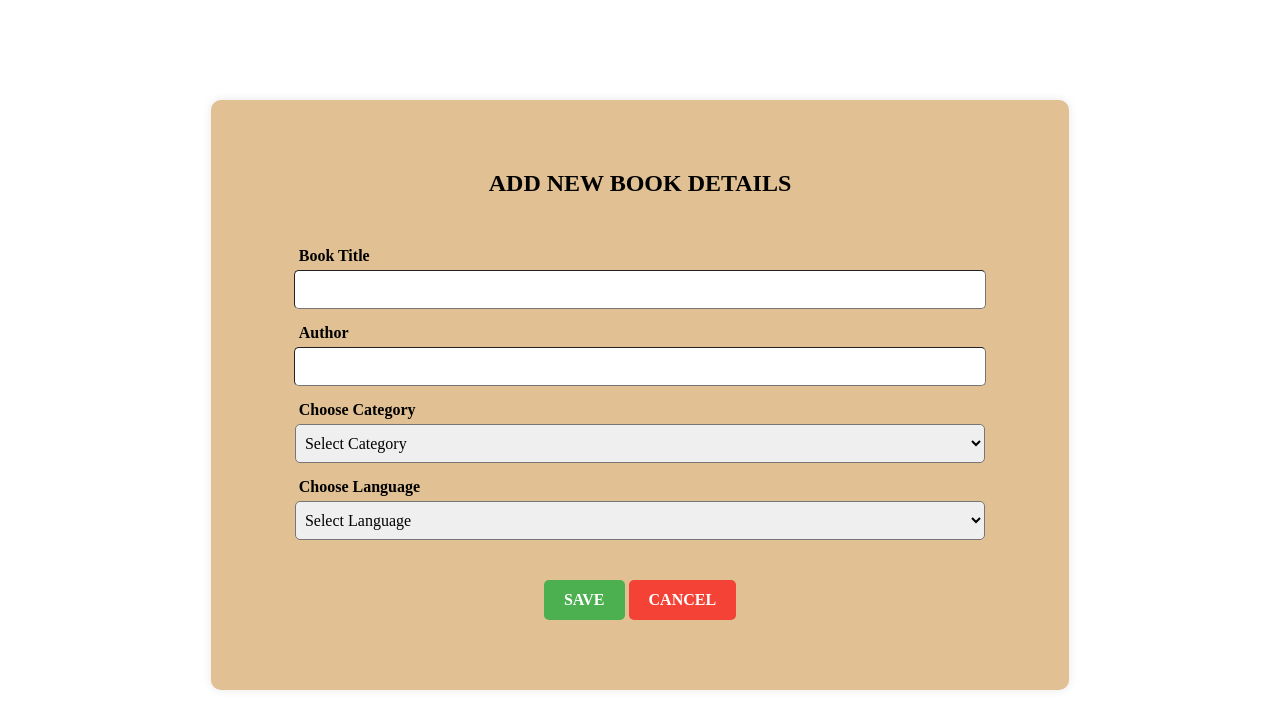
Repository: devikrishna908/RURAL-LIBRARY-MANAGEMENT
Page: http://localhost/library-management/WEB-INF/jsp/add-book.jsp
An editor plug-in stored every save of this project. The page is shown before and after the next save, followed by the edit.
The browser window is 1280 px wide. The pictures show the whole page.
The page is served by Tomcat 9. Nobody is signed in. The template is opened directly, without the code that normally fills it, so the values that code supplies are empty.

Above is the page before, as saved 2024-05-24 06:04:45.

After the next save:
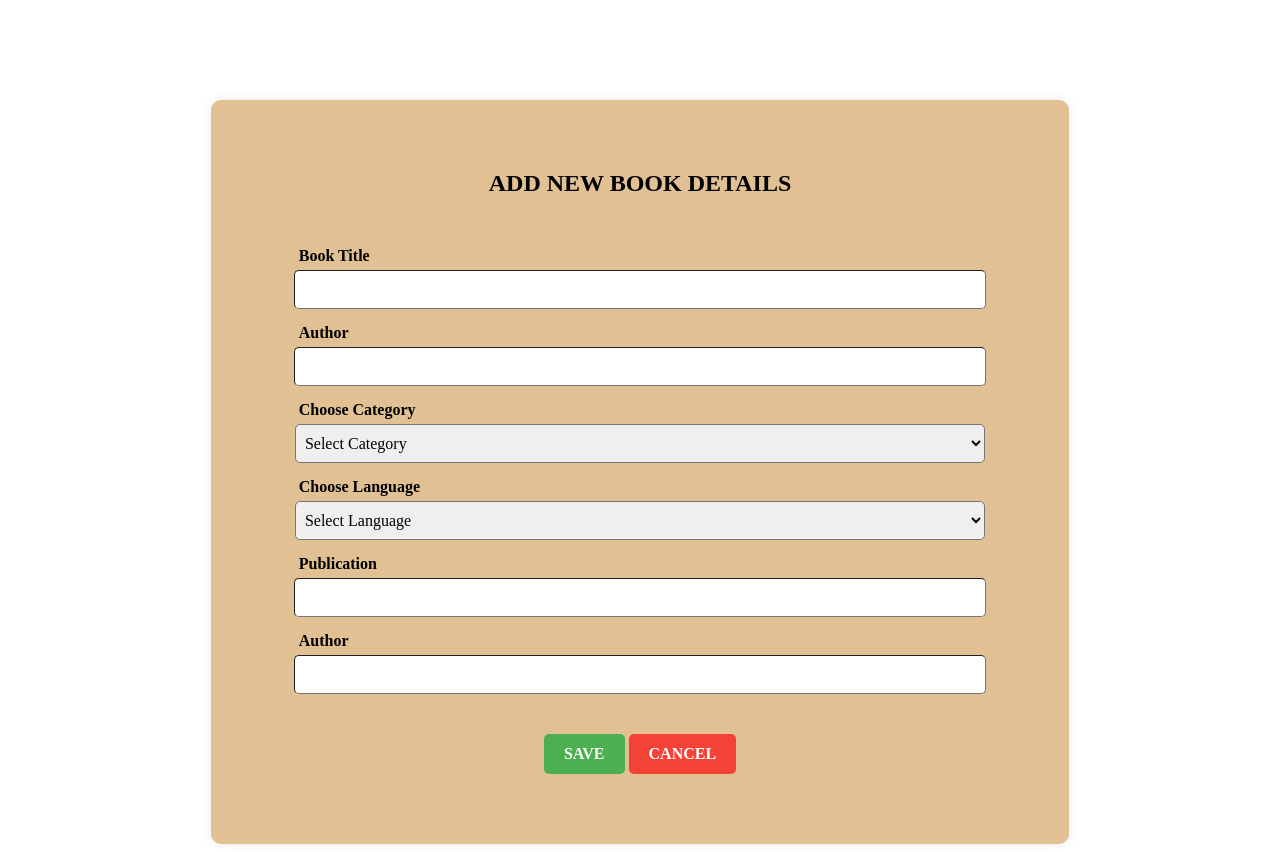
Saved 94 s later.
--- a/library-management/src/main/webapp/WEB-INF/jsp/add-book.jsp
+++ b/library-management/src/main/webapp/WEB-INF/jsp/add-book.jsp
@@ -49,6 +49,12 @@
 					<option value="HINDI">HINDI</option>
 				</select>
 
+		        <label for="publication">Publication</label>
+    		    <input type="text" id="publication" name="publication"><br>
+
+		        <label for="author">Author</label>
+    		    <input type="text" id="author" name="author"><br>
+
 				<div class="input-button">
 					<input type="submit" value="SAVE" class="insert">
 					<input type="button" value="CANCEL" class="cancel" onclick="cancelAction()"> <br>
